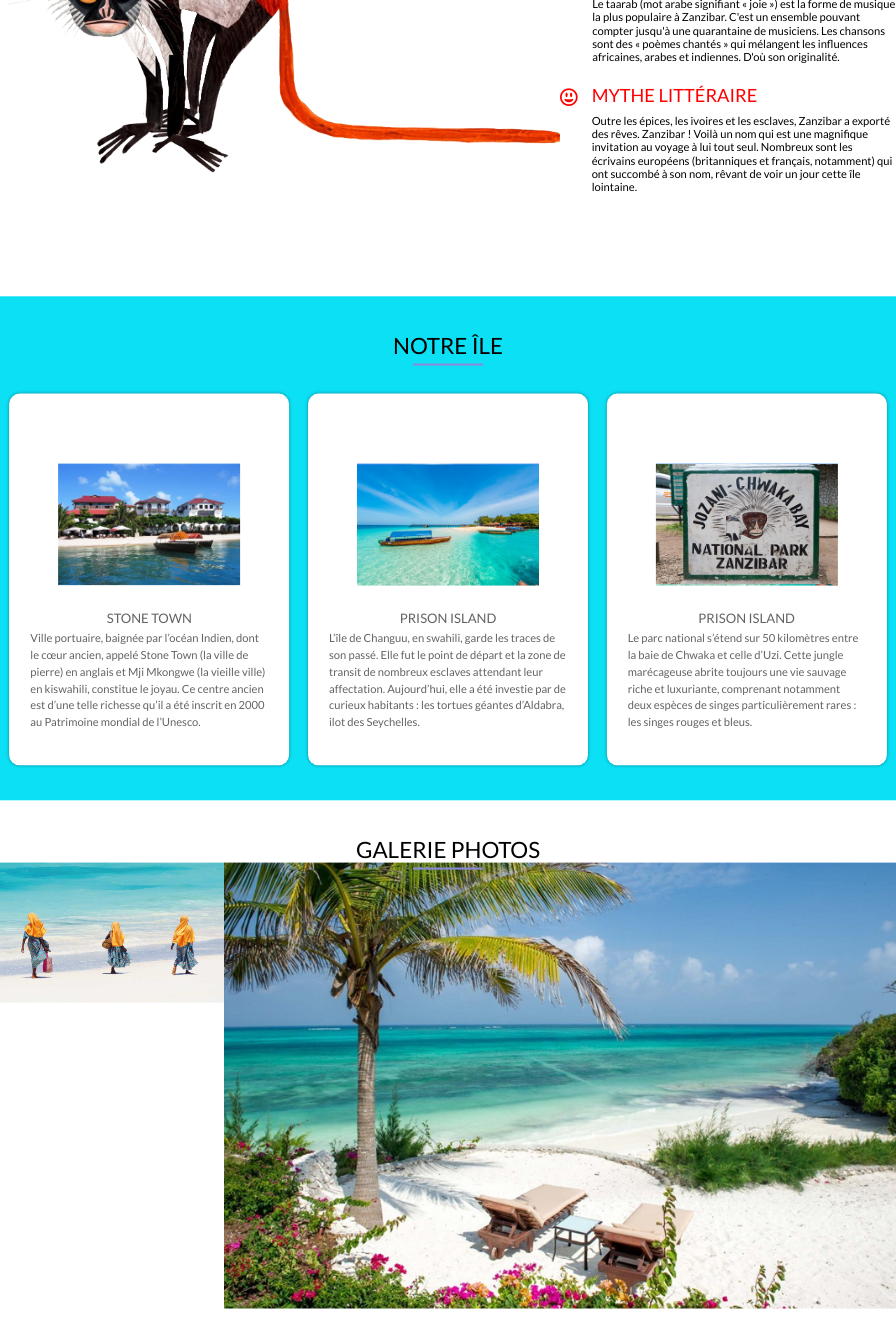
Repository: ypiard85/zanzibar
Page: index.html
The author's editor kept a copy of each file at every save. The page is drawn from the files as they stood at one save, then again after the next save.
The browser window is 1280 px wide. The pictures show the part of the page from y = 1155 to 3075 px (the page is 3075 px tall before and 2588 px after), at 70% of full size.
Some web fonts or font styles are not loaded; a fallback is used.

Above is the page before, as saved 2021-03-01 11:03:37.

After the next save:
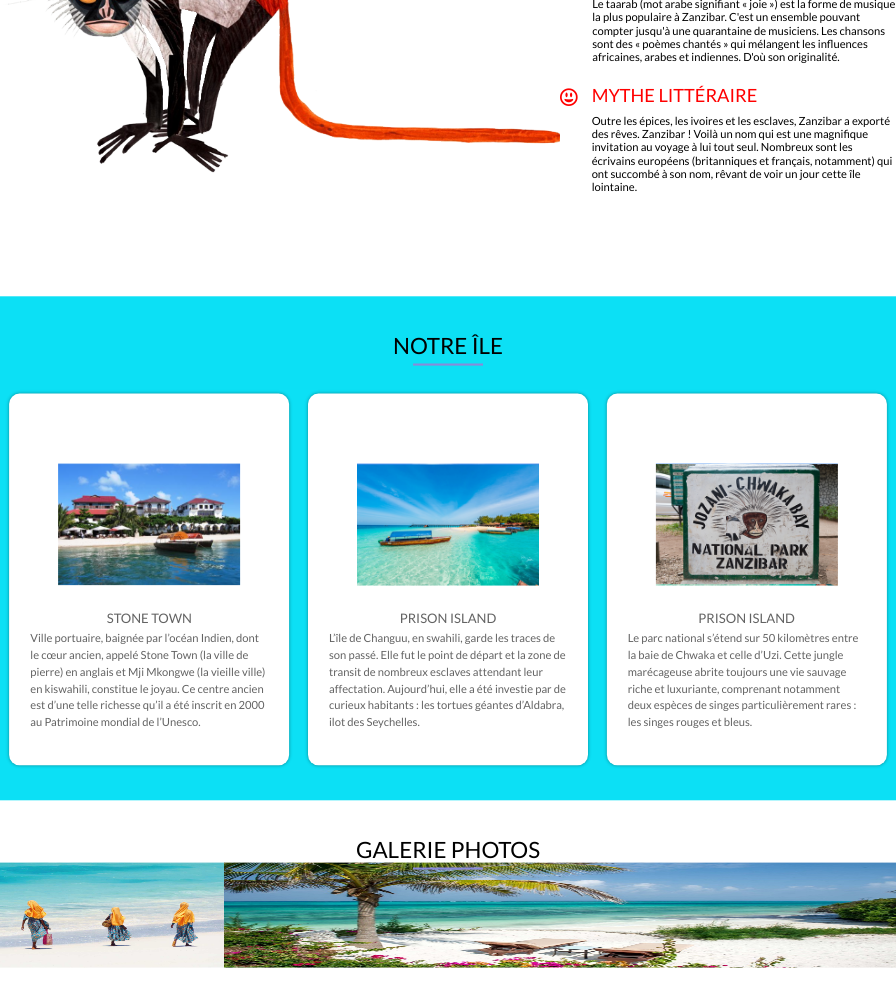
Saved 74 s later.
--- a/style.css
+++ b/style.css
@@ -198,6 +198,10 @@ section .title p {
 
 }
 
+.image_galerie img{
+    height: 150px;
+}
+
 
 .row_one{
     display: flex;
@@ -206,7 +210,6 @@ section .title p {
 
 .row_one img:nth-child(1){
     width: 25%;
-    height: 200px;
 }
 
 .row_one img:nth-child(2){
